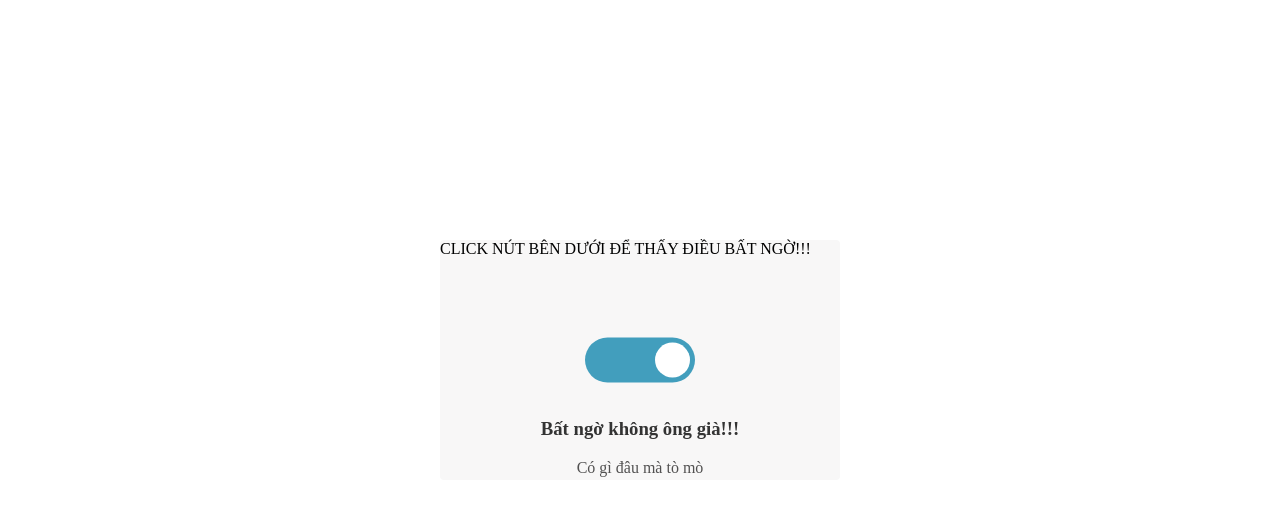
Repository: haokiet2501/troll-my-react
Page: /, after clicking the first element matching `div.toggle-center`
An editor plug-in stored every save of this project. The page is shown before and after the next save, followed by the edit.
The browser window is 1280 px wide. The pictures show the whole page.
The project was rebuilt for these pictures with package versions that can differ from the ones it lists, and the page was loaded fresh each time.

Above is the page before, as saved 2022-07-30 23:15:03.

### src/index.css
.toggle-center {
  position: absolute;
  top: 50%;
  left: 50%;
  transform: translate(-50%, -50%);
  width: 25rem;
  height: 15rem;
  border-radius: 0.25rem;
  background-color: #f8f7f7;
}

.toggle-center:hover {
  box-shadow: 0 4px 8px rgba(0, 0, 0, 0.25);
}

.toggle {
  position: absolute;
  top: 50%;
  left: 50%;
  transform: translate(-50%, -50%);
}

.todo-center {
  position: absolute;
  top: 62%;
  left: 50%;
  transform: translate(-50%, -50%);
  z-index: 999;
}

.toggle-control {
  position: absolute;
  top: 75%;
  left: 50%;
  transform: translate(-50%, -50%);
  display: flex;
  text-transform: uppercase;
}

.toggle {
  width: 100px;
  height: 35px;
  background-color: #ccc;
  padding: 5px;
  border-radius: 100rem;
  cursor: pointer;
}

.toggle.active {
  background-color: #429EBD;
}

.toggle-title {
  text-transform: uppercase;
  f
}

.spinner {
  position: absolute;
  width: 35px;
  height: 35px;
  left: 0;
  margin-left: 5px;
  border-radius: 50%;
  background-color: #fff;
  transition: 0.3s linear;
}

.spinner.active {
  transform: translateX(65px);
  transition: 0.3s linear;
}

.toggle-on {
  margin-right: 0.5rem;
}

h3 {
  color: #333;
}

p {
  color: rgb(82, 81, 81);
  display: flex;
  justify-content: center;
  align-items: center;
}

### src/App.js
import Toggle from "./components/Toggle";

function App() {
  return (
    <>
      <Toggle />
    </>
  );
}

export default App;

### src/components/Toggle.jsx
import { useState } from "react"
import Todo from "./Todo";

const Toggle = () => {
    const [on, setOn] = useState(false);

    const handleClick = () => {
        setOn((on) => !on);
    }

    return (
        <>
            {on && <Todo />}
            <div className="toggle-center" onClick={handleClick}>
                <div className="toggle-title">Click nút bên dưới để thấy điều bất ngờ!!!</div>
                <div className={`toggle ${on ? 'active' : ''}`}>
                    <div className={`spinner ${on ? 'active' : ''}`}></div>
                </div>
            </div>
        </>
    )
}

export default Toggle

### src/components/Todo.jsx
import React from 'react'

const Todo = () => {
    return (
        <div className='todo-center'>
            <h3>Bất ngờ không ông già!!!</h3>
            <p>Có gì đâu mà tò mò</p>
        </div>
    )
}

export default Todo

Loaded but not shown: public/index.html (common file); src/index.js (common file); src/reportWebVitals.js (common file)

After the next save:
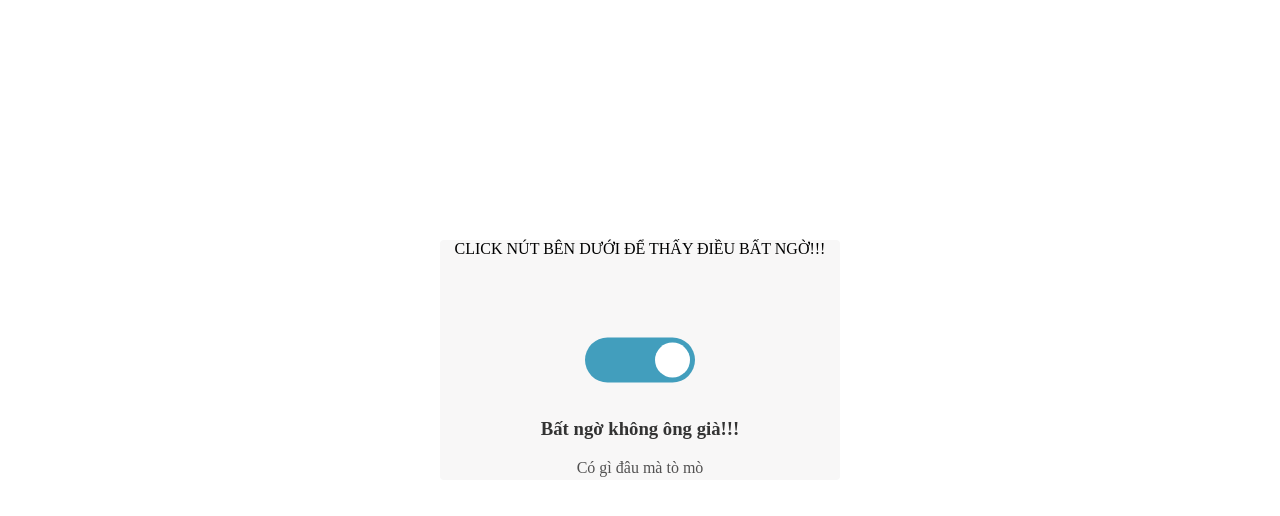
Saved 5 s later.
--- a/src/index.css
+++ b/src/index.css
@@ -52,7 +52,9 @@
 
 .toggle-title {
   text-transform: uppercase;
-  f
+  display: flex;
+  justify-content: center;
+  align-items: center;
 }
 
 .spinner {
